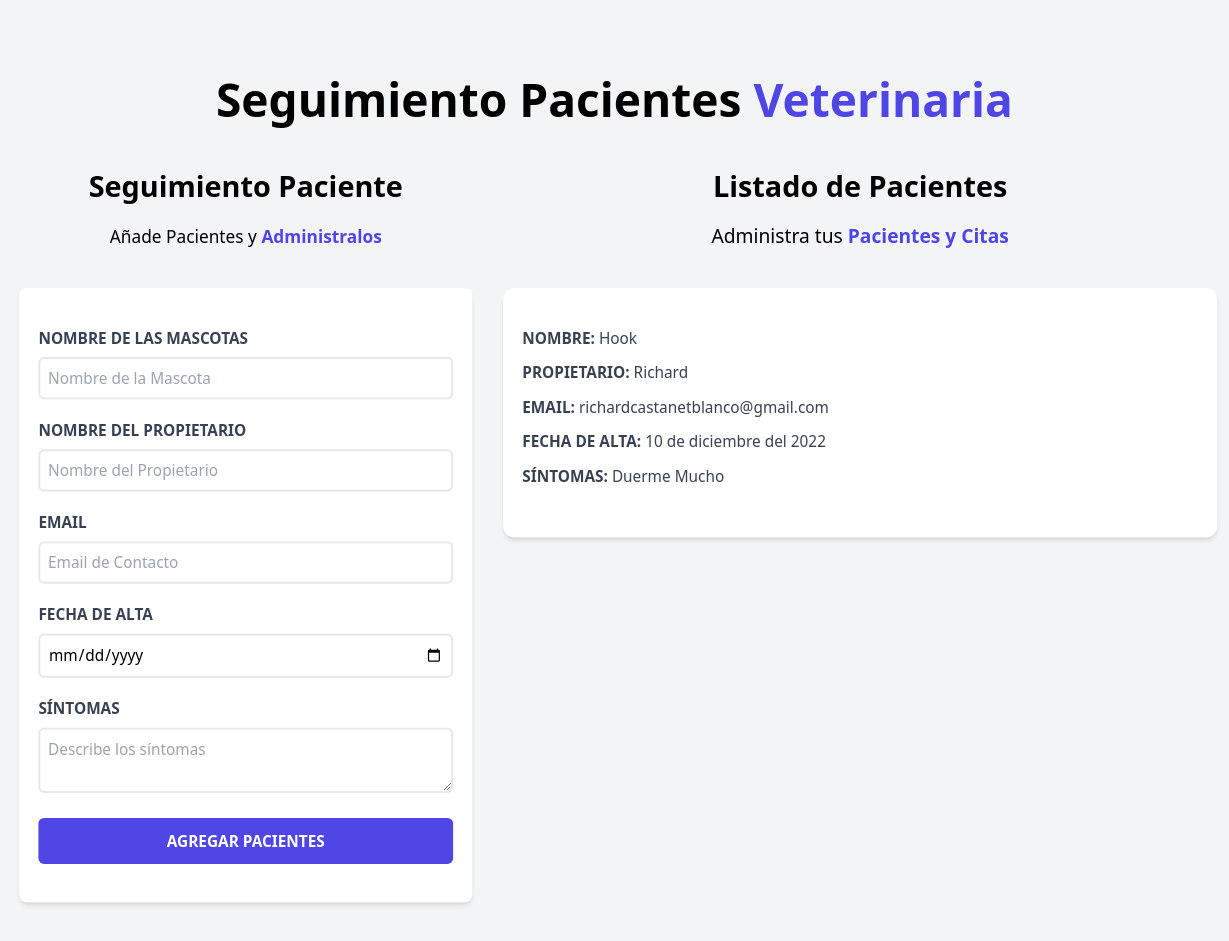
Repository: richardacb/citas_react_vite
Page: /
An editor plug-in stored every save of this project. The page is shown before and after the next save, followed by the edit.
The browser window is 1280 px wide. The pictures show the whole page, at 96% of full size.
The project was rebuilt for these pictures with package versions that can differ from the ones it lists, and the page was loaded fresh each time. Also part of the build but not shown: vite.config.js.

Above is the page before, as saved 2022-12-18 23:23:59.

After the next save:
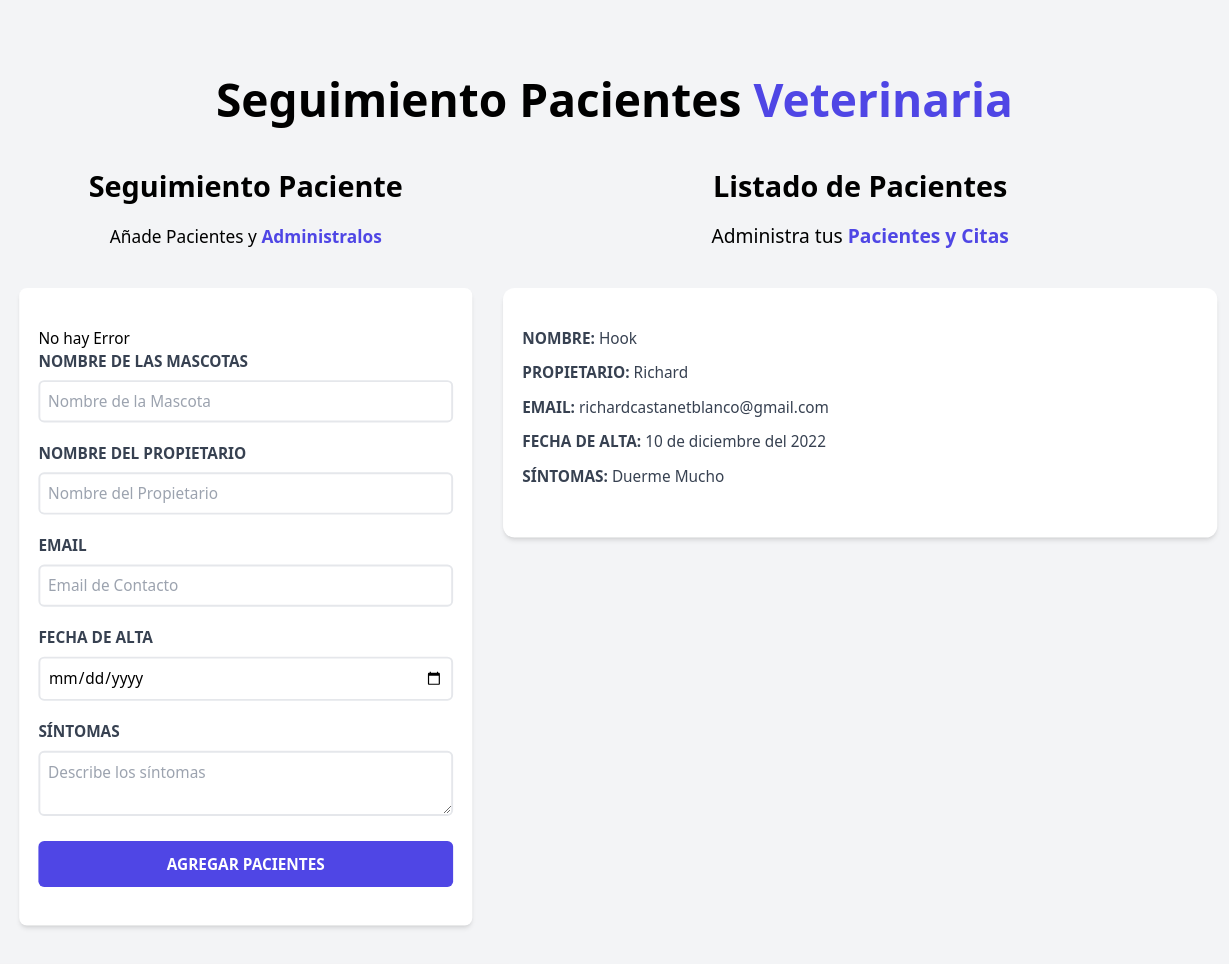
Saved 4 s later.
--- a/src/components/Formulario.jsx
+++ b/src/components/Formulario.jsx
@@ -46,7 +46,7 @@ const Formulario = () => {
         onSubmit={handleSubmit}
         className="bg-white shadow-md rounded-lg py-10 px-5 mb-10 mx-5"
       >
-        { error ? 'Si hay Error' : ''}
+        { error ? 'Si hay Error' : 'No hay Error' }
         <div className="mb-5">
           <label
             htmlFor="mascota"
